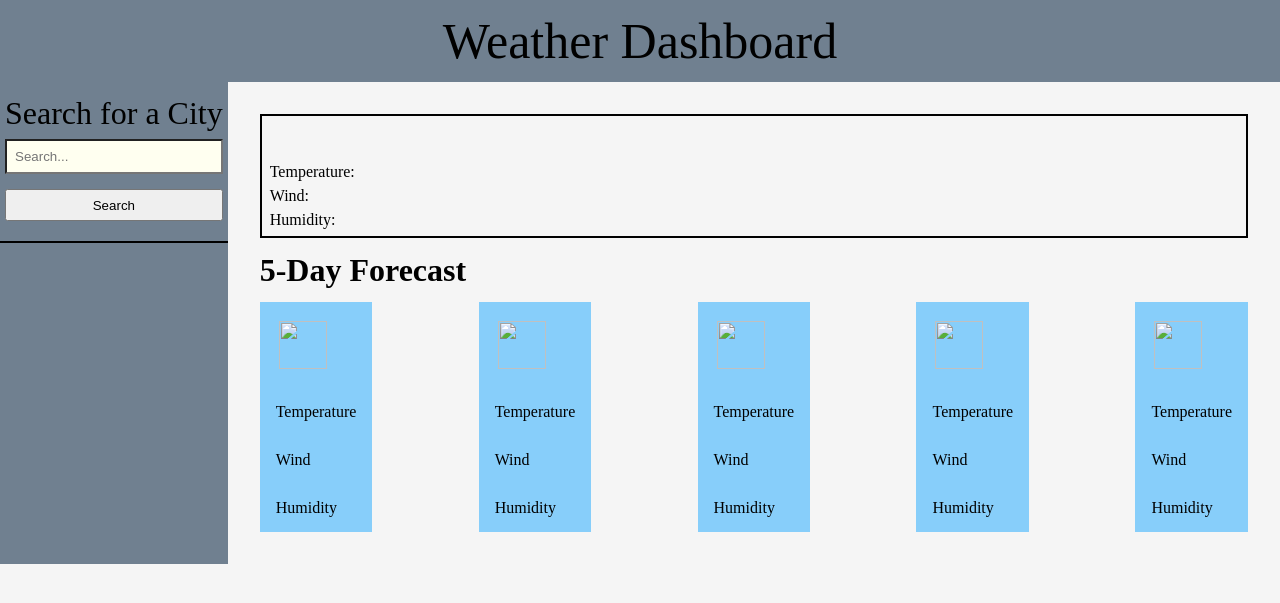
Repository: Pauldan1988/weather-dash
Page: index.html
These files come from the project's save history. The page is drawn as it stood at one moment and after a run of saves; the edit follows.
The browser window is 1280 px wide. The pictures show the whole page.

Above is the page before, as saved 2023-01-16 11:33:49.

### index.html
<!DOCTYPE html>
<html lang="en">
  <head>
    <meta charset="UTF-8" />
    <meta http-equiv="X-UA-Compatible" content="IE=edge" />
    <meta name="viewport" content="width=device-width, initial-scale=1.0" />
    <link rel="stylesheet" href="./reset.css" />
    <link rel="stylesheet" href="./style.css" />
    <title>Document</title>
  </head>

  <body>
    <header>Weather Dashboard</header>
    <main>
      <section id="sidebar">
        <div>
          <form id="form">
            <label for="citysearch">Search for a City</label>
            <input
              type="search"
              id="citysearch"
              name="q"
              placeholder="Search..."
            />
            <button id="userInput">Search</button>
          </form>
        </div>

        <div id="saved-city-searches">
        </div>
      </section>

      <section id="search-results">
        <div id="current-weather">
          <p>
            <span id="currcity"></span>
            <span id="currdate"></span>
            <img id="curricon" src="" />
          </p>
          <p>Temperature: <span id="currtemp"></span></p>
          <p>Wind: <span id="currwind"></span></p>
          <p>Humidity: <span id="currhumid"></span></p>
        </div>
        <h2>5-Day Forecast</h2>
        <div id="five-day-forecast">
          <div id="day1">
            <img class="emoji" src="" />
            <span class="temp">Temperature</span>
            <span class="wind">Wind</span>
            <span class="humidity">Humidity</span>
          </div>
          <div id="day2">
            <img class="emoji" src="" />
            <span class="temp">Temperature</span>
            <span class="wind">Wind</span>
            <span class="humidity">Humidity</span>
          </div>
          <div id="day3">
            <img class="emoji" src="" />
            <span class="temp">Temperature</span>
            <span class="wind">Wind</span>
            <span class="humidity">Humidity</span>
          </div>
          <div id="day4">
            <img class="emoji" src="" />
            <span class="temp">Temperature</span>
            <span class="wind">Wind</span>
            <span class="humidity">Humidity</span>
          </div>
          <div id="day5">
            <img class="emoji" src="" />
            <span class="temp">Temperature</span>
            <span class="wind">Wind</span>
            <span class="humidity">Humidity</span>
          </div>
        </div>
      </section>
    </main>
  </body>
  <script src="./script.js"></script>
</html>

### style.css
main {
    display:flex;
    max-width: 100vw;
}

body {
    background-color: whitesmoke;
}

header {
    font-size: 50px;
    text-align: center;
    padding: 1rem 0;
    background-color:slategrey;
}

#sidebar {
    background-color: slategray;
}

#form {
    display:flex;
    flex-direction: column;
    font-size: 2rem;
    padding: 2rem 2rem 2rem 0;
    border-bottom: solid 2px black;
}

label {
    white-space: nowrap;
}

#form, input {
    margin-top: 10px;
    margin-bottom: 15px;
    padding: 5px;
}

input {
    background-color:ivory;
    color:black;
    padding: 0.5rem;
}

button {
    padding: 3px;
    margin-bottom: 15px;
    height: 2rem;
}

#saved-city-searches {
    display: flex;
    flex-direction: column;
    padding: 1rem;
    text-align: center;
    gap: 1.5rem;
}

/* #saved-city-searches >div {
    background-color: darkorange;
    padding: .5rem;
    user-select: none;
} */

/* #saved-city-searches >div:hover {
    cursor:pointer;
    background-color: blanchedalmond;
} */

#current-weather {
    display: flex;
    flex-direction: column;
    text-align: left;
    border: 2px solid black;
    padding: 0.5rem;
    gap: 0.5rem;
}

#currcity, #currdate, #curricon{
    font-size: 2rem;
    font-weight: bolder;
    margin: 3px;
}

#five-day-forecast {
    display: flex;
    justify-content: space-between;
}

#five-day-forecast >div {
    display: flex;
    flex-direction: column;
    padding: 1rem;
    background-color:lightskyblue;
    gap: 2rem;
    text-align: left;
    box-sizing: border-box;
}

.emoji {
    margin: 3px;
    display: inline;
    font-size :1rem;
    width: 3rem;
    height: 3rem;
}

h2 {
    font-size: 2rem;
    font-weight: bolder;
    padding: 1rem 0;
}

#search-results {
    width: 100%;
    padding: 1rem;
    margin: 1rem;
}

### script.js
var APIKey = "9ae95c4aaf533d72feba79f29994de45"
var baseURL = "https://api.openweathermap.org"
var geoURL = "/geo/1.0/direct?q="
var geoFiveURL = ""

async function getLatLong(cityName) {
    const latlon = await fetch(`${baseURL}${geoURL}${cityName},,US&limit=1&appid=${APIKey}`)
        .then(value => value.json())
        .then(value => {
            const { lat, lon } = value[0]
            return { lat, lon }
        })
        .catch(error => error)
    return latlon
}


const body = document.body
const formE1 = document.getElementById("form")
const spanCC = document.getElementById("currcity")
const spanCD = document.getElementById("currdate")
const imgCI = document.getElementById("curricon")
const spanCT = document.getElementById("currtemp")
const spanCW = document.getElementById("currwind")
const spanCH = document.getElementById("currhumid")
const userData = document.getElementById("userInput")


function currDisplay(todayWeather) {
    spanCC.textContent = todayWeather.name
    spanCT.textContent = todayWeather.main.temp
    imgCI.src = `http://openweathermap.org/img/wn/${todayWeather.weather[0].icon}.png`
    // Call the formatDate function and pass todayWeather.dt*1000 as a parameter
    spanCD.textContent = formatDate(todayWeather.dt * 1000)
    spanCW.textContent = todayWeather.wind.speed
    spanCH.textContent = todayWeather.main.humidity
}

const fiveDaydivCont = document.getElementById("five-day-forecast").children

function fiveDayDisplay(fiveDayWeather) {
    let currentDayIndex = 0
    for (let i = 6; i < fiveDayWeather.list.length; i += 8) {
        displayDayX(fiveDayWeather.list[i], currentDayIndex) // i represents the data point for the appropartate day
        currentDayIndex++  // This must be at the end
    }


    // displayDayX(fiveDayWeather.list[0], 0)
}

function displayDayX(weatherData, dayDisplayed) {
    const dayDiv = fiveDaydivCont[dayDisplayed].children
    dayDiv[0].src = `http://openweathermap.org/img/wn/${weatherData.weather[0].icon}.png`
    dayDiv[1].textContent += ": " + weatherData.main.temp
    dayDiv[2].textContent += ": " + weatherData.wind.speed
    dayDiv[3].textContent += ": " + weatherData.main.humidity
}

formE1.addEventListener("submit", async eventObject => {
    eventObject.preventDefault()
    var citySearch = eventObject.target.children[1].value
    var latlon = await getLatLong(citySearch)
    if (latlon.lat) {
        var todayWeather = await getWeather(latlon)
        const fiveDayWeather = await getFiveWeather(latlon)
        currDisplay(todayWeather)
        fiveDayDisplay(fiveDayWeather)
        storeSearch(citySearch)
        pullSearches()
    } else {
        alert(`${citySearch} Is an invalid search. Please check your spelling and search again.`)
    }
})

async function getWeather(latlon) {
    const fetchWeather = await fetch(`${baseURL}/data/2.5/weather?lat=${latlon.lat}&lon=${latlon.lon}&appid=${APIKey}&units=imperial`)
        .then(value => value.json())
        .catch(error => error)
    return fetchWeather
}

async function getFiveWeather(latlon) {
    const fetch5Weather = await fetch(`${baseURL}/data/2.5/forecast?lat=${latlon.lat}&lon=${latlon.lon}&appid=${APIKey}&units=imperial`)
        .then(value => value.json())
    return fetch5Weather
}


function formatDate(dateInMilli) {
    const date = new Date(dateInMilli)
    const months = ["January", "February", "March", "April", "May", "June", "July", "August", "September", "October", "November", "December"];
    const month = months[date.getMonth()]
    const year = date.getFullYear()
    const dayToday = date.getDate()
    return `${month} ${dayToday} ${year}`
}



function storeSearch(city) {
    window.localStorage.setItem(city, JSON.stringify(city))
}

function pullSearches() { // Also display buttons with previous searches made.
    // get rid of buttons already made and clear container
    const searches = Object.keys(localStorage)
    searches.forEach(city => {
        const savedSearchesEl = document.getElementById("saved-city-searches")
        const cityButton = document.createElement("button")
        savedSearchesEl.appendChild(cityButton)
        const displayHiddenB = cityButton.style.display
        if(displayHiddenB == "block") {
            cityButton.style.display = "none"
            savedSearchesEl.children = "show button"
        } else {
            cityButton.style.display = "block"
            savedSearchesEl.children = "hide button"
        }
    })
}

pullSearches()

// }
//Store latlon with cityName in local storage in submit event listener
    // create button element dynamicly assign text content(city)
    // append/add button to the button container

Loaded but not shown: reset.css (common file)

After the next 2 saves:
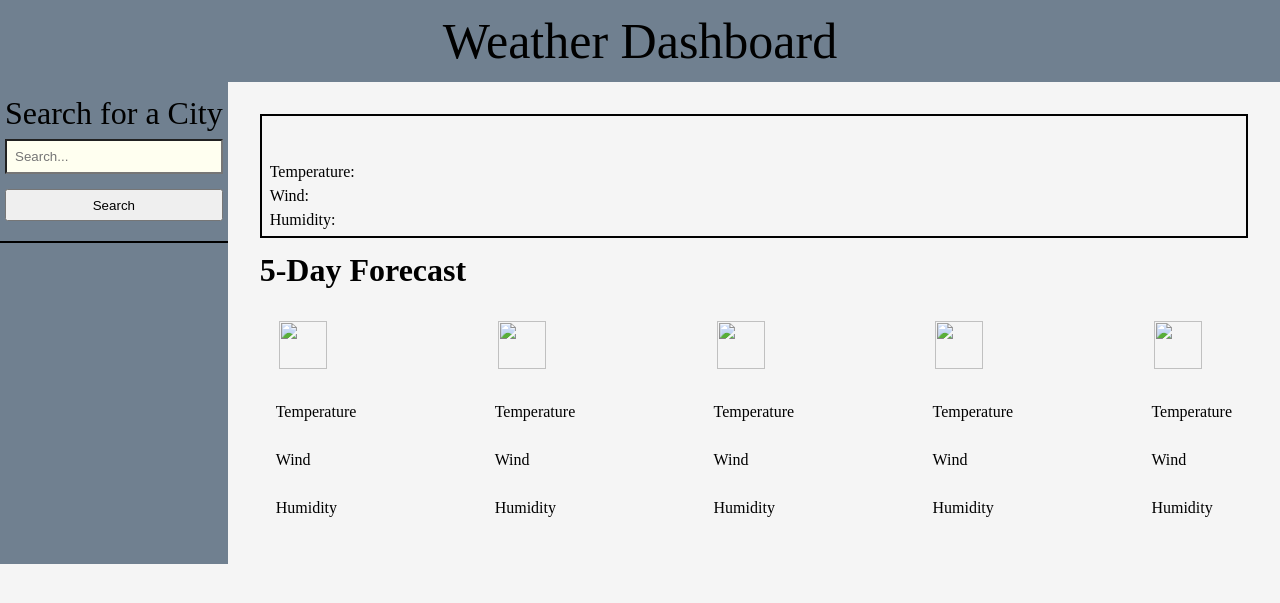
The 2 saves are shown as one change because they came seconds apart.
The last was saved 15 s later.
--- a/style.css
+++ b/style.css
@@ -91,7 +91,7 @@ button {
     display: flex;
     flex-direction: column;
     padding: 1rem;
-    background-color:lightskyblue;
+    background-color:;
     gap: 2rem;
     text-align: left;
     box-sizing: border-box;
